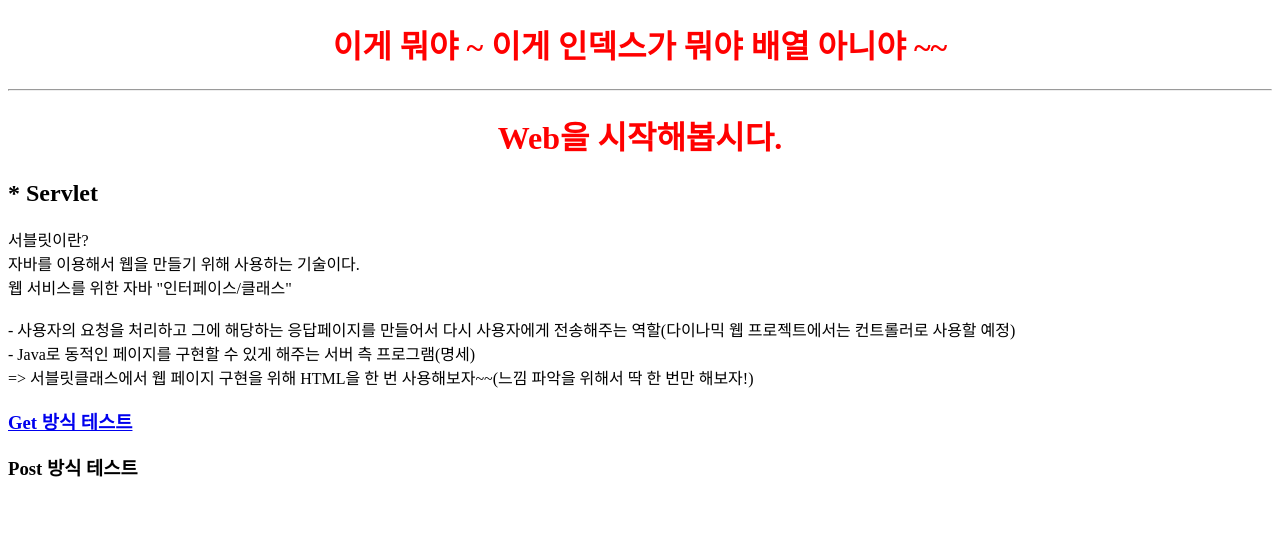
Repository: MiadongDeersfeet/webservice
Page: MyFirstWebProject/src/main/webapp/index.html
These files come from the project's save history. The page is drawn as it stood at one moment and after the next save; the edit follows.
The browser window is 1280 px wide. The pictures show the whole page.

Above is the page before, as saved 2025-09-22 07:27:37.

After the next save:
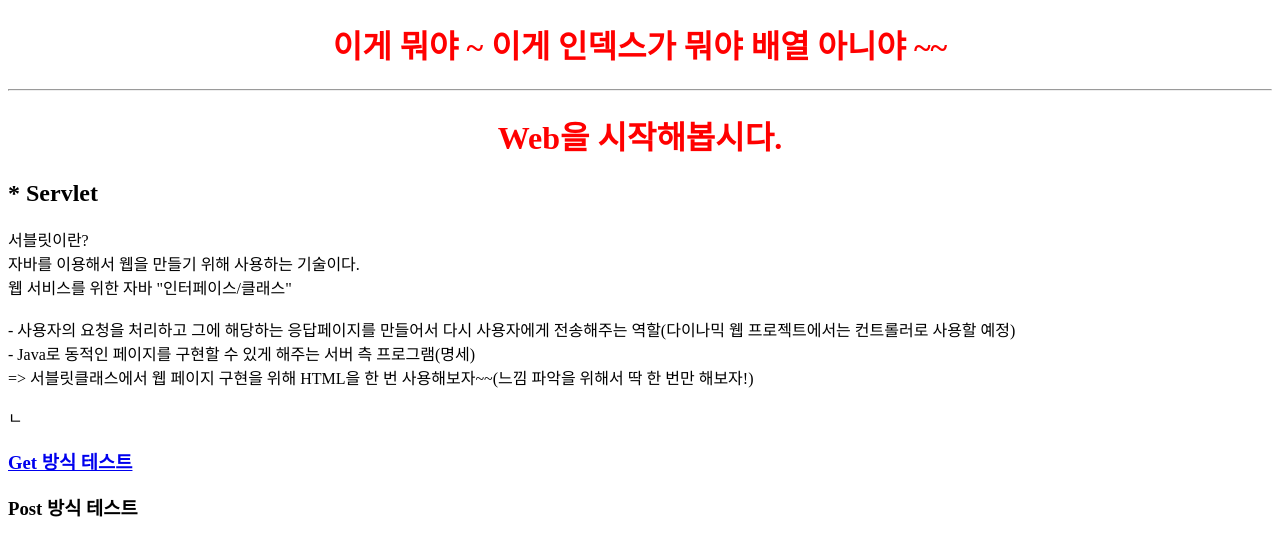
Saved 2 min 2 s later.
--- a/MyFirstWebProject/src/main/webapp/index.html
+++ b/MyFirstWebProject/src/main/webapp/index.html
@@ -100,7 +100,7 @@
 
 		=> 서블릿클래스에서 웹 페이지 구현을 위해 HTML을 한 번 사용해보자~~(느낌 파악을 위해서 딱 한 번만 해보자!)
 	</p>
-
+	ㄴ
 	<h3><a href="views/request_get.html">Get 방식 테스트</a></h3>
 
 	<h3><a>Post 방식 테스트</a></h3>

After the save that followed:
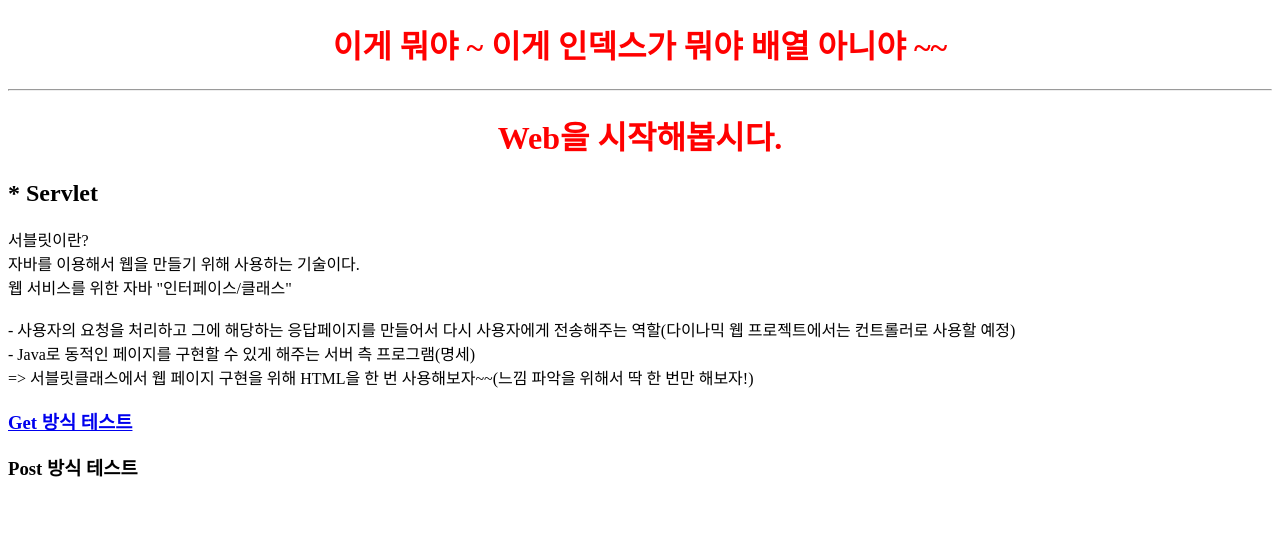
Saved 2 min 52 s later.
--- a/MyFirstWebProject/src/main/webapp/index.html
+++ b/MyFirstWebProject/src/main/webapp/index.html
@@ -100,7 +100,7 @@
 
 		=> 서블릿클래스에서 웹 페이지 구현을 위해 HTML을 한 번 사용해보자~~(느낌 파악을 위해서 딱 한 번만 해보자!)
 	</p>
-	ㄴ
+
 	<h3><a href="views/request_get.html">Get 방식 테스트</a></h3>
 
 	<h3><a>Post 방식 테스트</a></h3>
